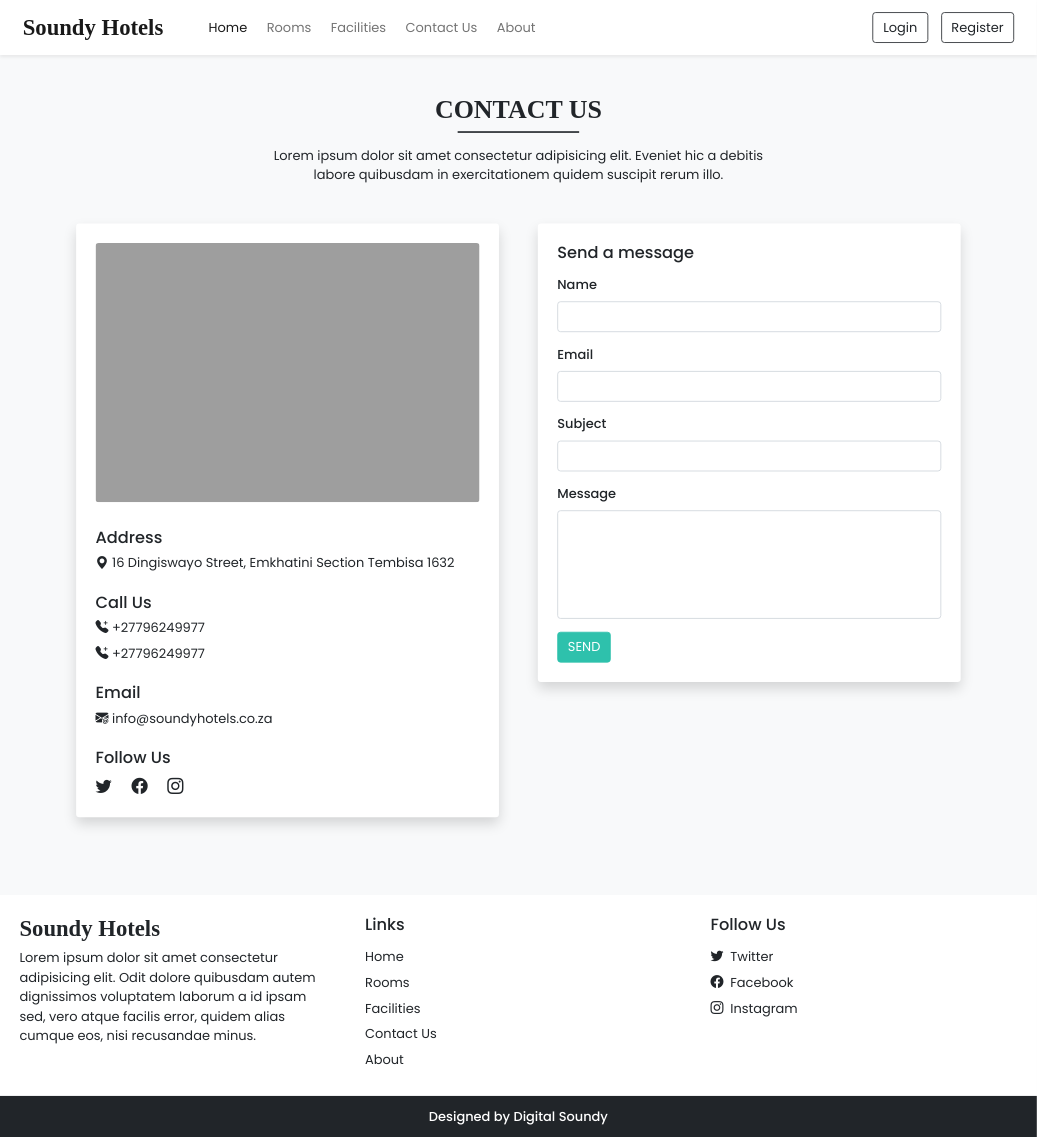
Repository: spencersoundy/Hotel-Booking-App
Page: http://localhost/rooms.php
The author's editor kept a copy of each file at every save. The page is drawn from the files as they stood at one save, then again after a run of saves.
The browser window is 1280 px wide. The pictures show the whole page, at 81% of full size.
Pictures or frames that could not be fetched are drawn as grey boxes. Some web fonts or font styles are not loaded; a fallback is used. The page is run by PHP 8.4 with error messages shown; the project is at /var/www/html/.

Above is the page before, as saved 2023-08-05 00:19:27.

After the next 2 saves:
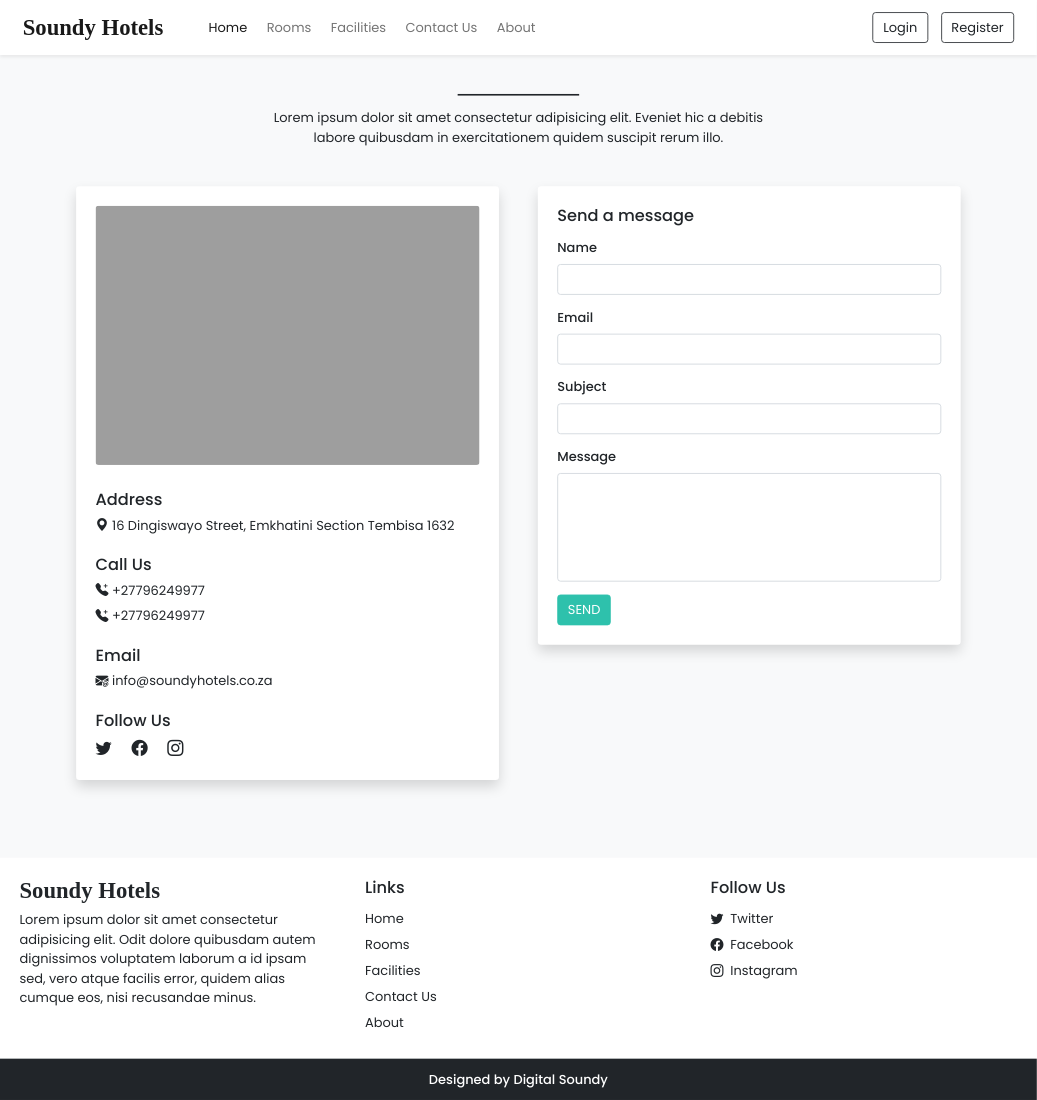
The 2 saves are shown as one change because they came seconds apart.
The last was saved 26 s later.
--- a/rooms.php
+++ b/rooms.php
@@ -12,7 +12,7 @@
 <?php require('inc/header.php') ?>
 
 <div class="my-5 px-4">
-    <h2 class="fw-bold h-font text-center">CONTACT US</h2>
+    <h2 class="fw-bold h-font text-center"></h2>
     <div class="h-line bg-dark"></div>
     <p class="text-center mt-3">
         Lorem ipsum dolor sit amet consectetur adipisicing elit.

After the 2 saves that followed:
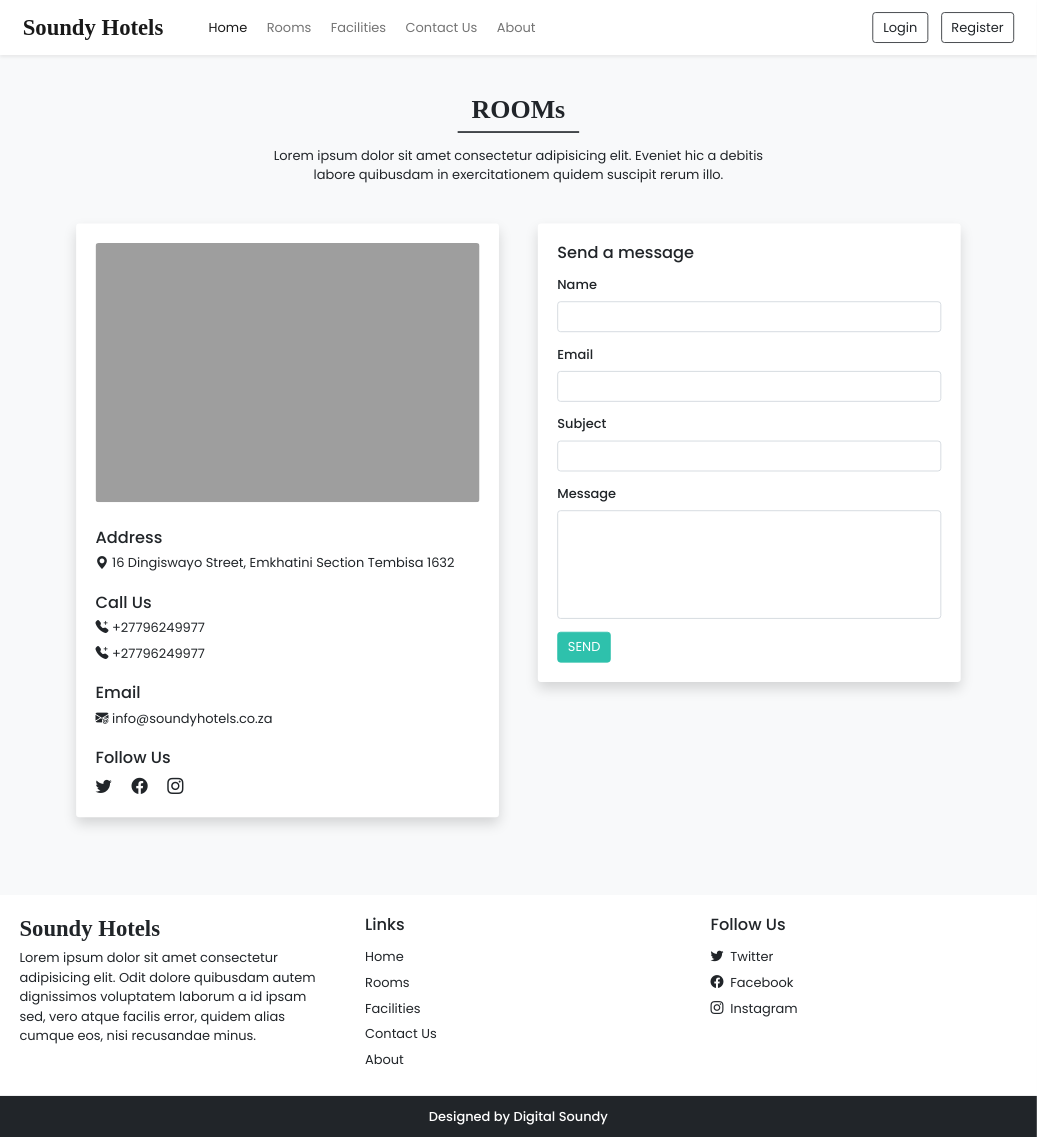
The 2 saves are shown as one change because they came seconds apart.
The last was saved 6 s later.
--- a/rooms.php
+++ b/rooms.php
@@ -12,7 +12,7 @@
 <?php require('inc/header.php') ?>
 
 <div class="my-5 px-4">
-    <h2 class="fw-bold h-font text-center"></h2>
+    <h2 class="fw-bold h-font text-center">ROOMs</h2>
     <div class="h-line bg-dark"></div>
     <p class="text-center mt-3">
         Lorem ipsum dolor sit amet consectetur adipisicing elit.
